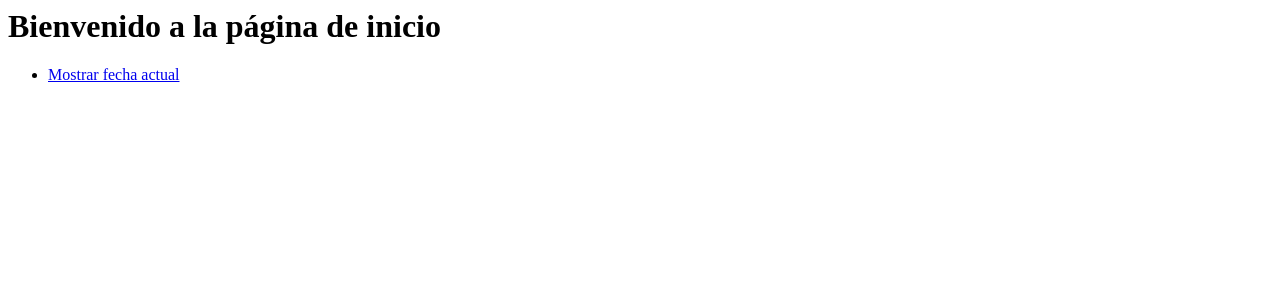
Repository: Clarkbas/Coding-Dojo-Java
Page: mostrarFecha/src/main/resources/static/date.html
These files come from the project's save history. The page is drawn as it stood at one moment and after the next save; the edit follows.
The browser window is 1280 px wide. The pictures show the whole page.

Above is the page before, as saved 2023-07-12 23:15:59.

After the next save:
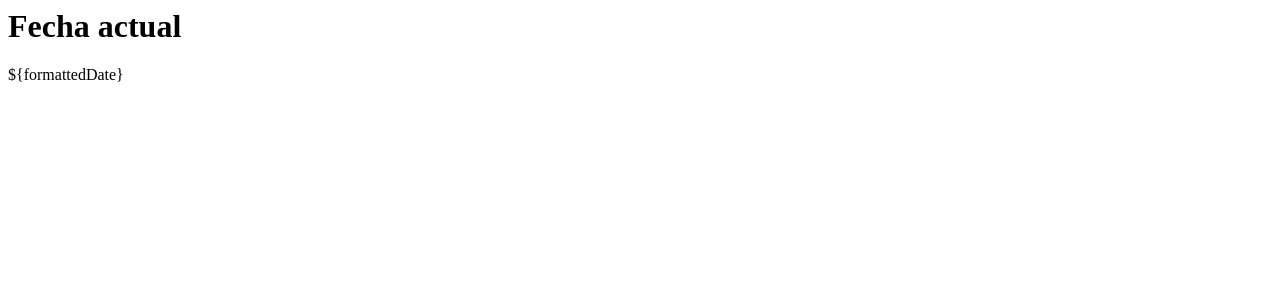
Saved 57 s later.
--- a/mostrarFecha/src/main/resources/static/date.html
+++ b/mostrarFecha/src/main/resources/static/date.html
@@ -1,12 +1,9 @@
 <html>
 <head>
-    <title>Página de inicio</title>
+    <title>Fecha actual</title>
 </head>
 <body>
-    <h1>Bienvenido a la página de inicio</h1>
-    <ul>
-        <li><a href="/date">Mostrar fecha actual</a></li>
-        <!-- Agrega otros enlaces a otras páginas aquí -->
-    </ul>
+    <h1>Fecha actual</h1>
+    <p>${formattedDate}</p>
 </body>
 </html>
